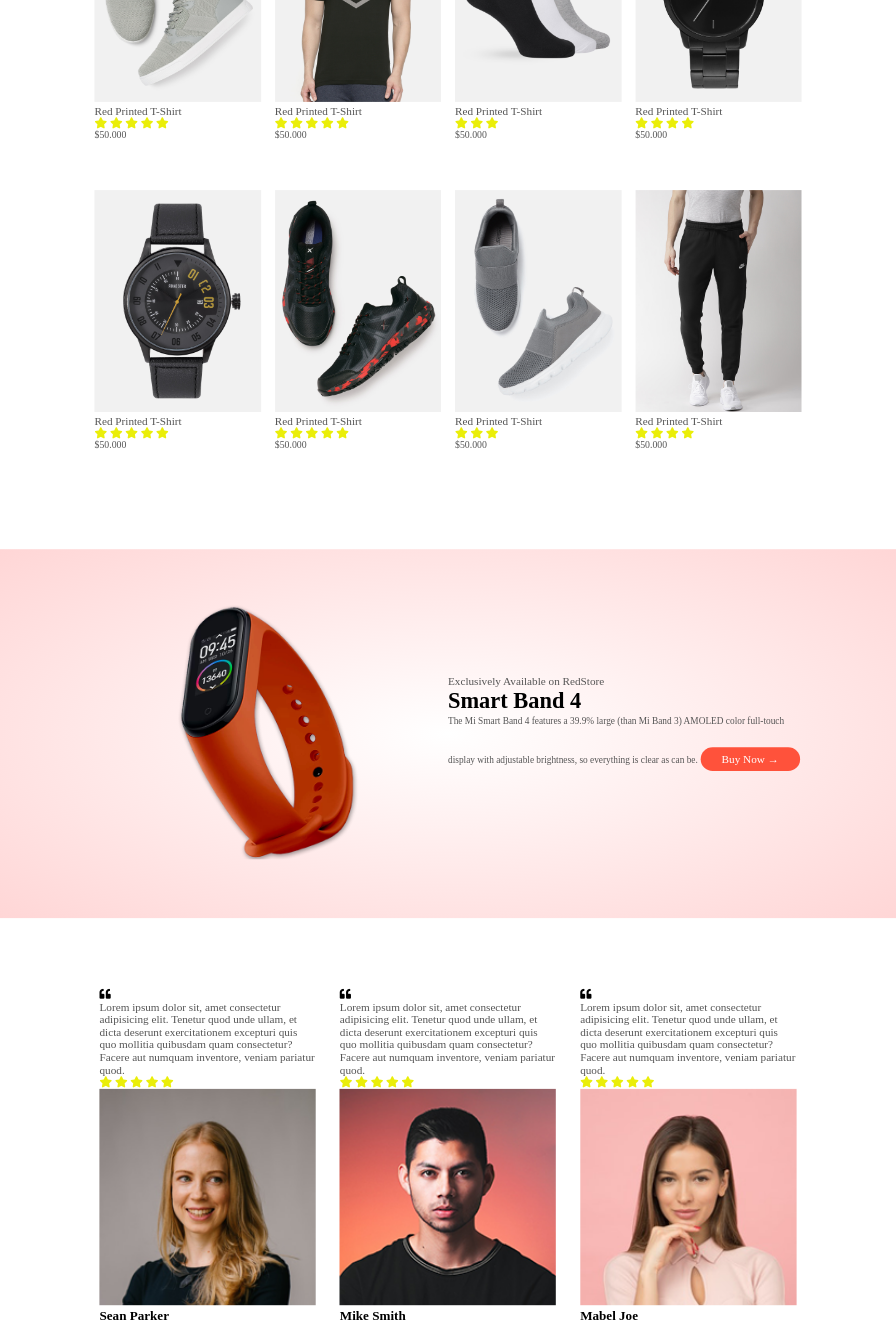
Repository: tuan21052000/Frontend
Page: index.html
The author's editor kept a copy of each file at every save. The page is drawn from the files as they stood at one save, then again after the next save.
The browser window is 1280 px wide. The pictures show the part of the page from y = 2202 to 4122 px (the page is 4122 px tall), at 70% of full size.
The pointer rests on the first visible `.testimonial .col-3`.

Above is the page before, as saved 2022-05-08 20:51:43.

### index.html
<!DOCTYPE html>
<html lang="en">
<head>
    <meta charset="UTF-8">
    <meta http-equiv="X-UA-Compatible" content="IE=edge">
    <meta name="viewport" content="width=device-width, initial-scale=1.0">
    <title>RedStore | Ecommerce Website Design</title>
    <link rel="stylesheet" href="style.css">
    <link href="https://fonts.googleapis.com/css2?family=Poppins:wght@300;400;500;600;700&display=swap" rel="stylesheet">
    <link rel="stylesheet" href="https://use.fontawesome.com/releases/v5.15.4/css/all.css" />
</head>
<body>
    <div class="header">


    <div class="container">
        <div class="navbar">
            <div class="logo">
                <img src="images/logo.png" width="125px">
            </div>
            <nav>
                <ul>
                    <li><a href="">Home</a></li>
                    <li><a href="">Products</a></li>
                    <li><a href="">About</a></li>
                    <li><a href="">Contact</a></li>
                    <li><a href="">Account</a></li>
                </ul>
            </nav>
            <img src="images/cart.png" width="30px" height="30px">
        </div>
        <div class="row">
            <div class="col-2">
                <h1>Give Your Workout <br>A New Style!</h1>
                <p>Success isn't always about greatness.It's about
                consistency. Consistent<br> hard work gains success. Greatness
                will come.
                </p>
                <a href="" class="btn">Explore Now &#8594;</a>
            </div>
            <div class="col-2">
              <img src="images/image1.png">
            </div>
        </div>
    </div>
</div>
<!-- -----Loại sản phẩm------- -->
   <div class="categories">
       <div class="small-container">
        <div class="row">
            <div class="col-3">
                <img src="images/category-1.jpg">
            </div>
            <div class="col-3">
             <img src="images/category-2.jpg">
         </div>
         <div class="col-3">
             <img src="images/category-3.jpg">
         </div>
        </div>
       </div>
   </div>
<!--    -------aaaa------------ -->
<div class="small-container">
    <h2 class="title">Featured Products</h2>
    <div class="row">
    <div class="col-4">
        <img src="images/product-1.jpg">
        <h4>Red Printed T-Shirt</h4>
        <div class="rating">
            <i class="fa fa-star"></i>
            <i class="fa fa-star"></i>
            <i class="fa fa-star"></i>
            <i class="fa fa-star"></i>
            <i class="fa fa-star"></i>
        </div>
        <p>$50.000</p>
    </div>
    <div class="col-4">
        <img src="images/product-2.jpg">
        <h4>Red Printed T-Shirt</h4>
        <div class="rating">
            <i class="fa fa-star"></i>
            <i class="fa fa-star"></i>
            <i class="fa fa-star"></i>
            <i class="fa fa-star"></i>
            <i class="fa fa-star"></i>
        </div>
        <p>$50.000</p>
    </div>
    <div class="col-4">
        <img src="images/product-3.jpg">
        <h4>Red Printed T-Shirt</h4>
        <div class="rating">
            <i class="fa fa-star"></i>
            <i class="fa fa-star"></i>
            <i class="fa fa-star"></i>
            <i class="fa fa-star-half-o"></i>
            <i class="fa fa-star-o"></i>
        </div>
        <p>$50.000</p>
    </div>
    <div class="col-4">
        <img src="images/product-4.jpg">
        <h4>Red Printed T-Shirt</h4>
        <div class="rating">
            <i class="fa fa-star"></i>
            <i class="fa fa-star"></i>
            <i class="fa fa-star"></i>
            <i class="fa fa-star"></i>
            <i class="fa fa-star-o"></i>
        </div>
        <p>$50.000</p>
    </div>
    </div>
    <h2 class="title">Latest Products</h2>
    <div class="row">
        <div class="col-4">
            <img src="images/product-5.jpg">
            <h4>Red Printed T-Shirt</h4>
            <div class="rating">
                <i class="fa fa-star"></i>
                <i class="fa fa-star"></i>
                <i class="fa fa-star"></i>
                <i class="fa fa-star"></i>
                <i class="fa fa-star"></i>
            </div>
            <p>$50.000</p>
        </div>
        <div class="col-4">
            <img src="images/product-6.jpg">
            <h4>Red Printed T-Shirt</h4>
            <div class="rating">
                <i class="fa fa-star"></i>
                <i class="fa fa-star"></i>
                <i class="fa fa-star"></i>
                <i class="fa fa-star"></i>
                <i class="fa fa-star"></i>
            </div>
            <p>$50.000</p>
        </div>
        <div class="col-4">
            <img src="images/product-7.jpg">
            <h4>Red Printed T-Shirt</h4>
            <div class="rating">
                <i class="fa fa-star"></i>
                <i class="fa fa-star"></i>
                <i class="fa fa-star"></i>
                <i class="fa fa-star-half-o"></i>
                <i class="fa fa-star-o"></i>
            </div>
            <p>$50.000</p>
        </div>
        <div class="col-4">
            <img src="images/product-8.jpg">
            <h4>Red Printed T-Shirt</h4>
            <div class="rating">
                <i class="fa fa-star"></i>
                <i class="fa fa-star"></i>
                <i class="fa fa-star"></i>
                <i class="fa fa-star"></i>
                <i class="fa fa-star-o"></i>
            </div>
            <p>$50.000</p>
        </div>
        </div>
        <div class="row">
            <div class="col-4">
                <img src="images/product-9.jpg">
                <h4>Red Printed T-Shirt</h4>
                <div class="rating">
                    <i class="fa fa-star"></i>
                    <i class="fa fa-star"></i>
                    <i class="fa fa-star"></i>
                    <i class="fa fa-star"></i>
                    <i class="fa fa-star"></i>
                </div>
                <p>$50.000</p>
            </div>
            <div class="col-4">
                <img src="images/product-10.jpg">
                <h4>Red Printed T-Shirt</h4>
                <div class="rating">
                    <i class="fa fa-star"></i>
                    <i class="fa fa-star"></i>
                    <i class="fa fa-star"></i>
                    <i class="fa fa-star"></i>
                    <i class="fa fa-star"></i>
                </div>
                <p>$50.000</p>
            </div>
            <div class="col-4">
                <img src="images/product-11.jpg">
                <h4>Red Printed T-Shirt</h4>
                <div class="rating">
                    <i class="fa fa-star"></i>
                    <i class="fa fa-star"></i>
                    <i class="fa fa-star"></i>
                    <i class="fa fa-star-half-o"></i>
                    <i class="fa fa-star-o"></i>
                </div>
                <p>$50.000</p>
            </div>
            <div class="col-4">
                <img src="images/product-12.jpg">
                <h4>Red Printed T-Shirt</h4>
                <div class="rating">
                    <i class="fa fa-star"></i>
                    <i class="fa fa-star"></i>
                    <i class="fa fa-star"></i>
                    <i class="fa fa-star"></i>
                    <i class="fa fa-star-o"></i>
                </div>
                <p>$50.000</p>
            </div>
        </div>
</div>
<!-- ----------offer------------- -->
<div class="offer">
    <div class="small-container">
        <div class="row">
            <div class="col-2">
                <img src="images/exclusive.png" class="offer-img">
            </div>
            <div class="col-2">
               <p>Exclusively Available on RedStore</p>
               <h1>Smart Band 4</h1>
               <small>The Mi Smart Band 4 features a 39.9% large
                   (than Mi Band 3) AMOLED color full-touch display with
                   adjustable brightness, so everything is clear as can
                   be.</small>
               <a href="" class="btn">Buy Now &#8594;</a>
            </div>
        </div>
    </div>
</div>
<!-- -----testi---- -->
       <div class="testimonial">
           <div class="small-container">
               <div class="row">
                   <div class="col-3">
                       <i class="fa fa-quote-left"></i>
                       <p>Lorem ipsum dolor sit, amet consectetur adipisicing elit.
                            Tenetur quod unde ullam, et dicta deserunt exercitationem
                            excepturi quis quo mollitia quibusdam quam consectetur? Facere aut numquam inventore, veniam pariatur quod.</p>
                            <div class="rating">
                                <i class="fa fa-star"></i>
                                <i class="fa fa-star"></i>
                                <i class="fa fa-star"></i>
                                <i class="fa fa-star"></i>
                                <i class="fa fa-star"></i>
                            </div>
                            <img src="images/user-1.png">
                            <h3>Sean Parker</h3>
                   </div>
                   <div class="col-3">
                    <i class="fa fa-quote-left"></i>
                    <p>Lorem ipsum dolor sit, amet consectetur adipisicing elit.
                         Tenetur quod unde ullam, et dicta deserunt exercitationem
                         excepturi quis quo mollitia quibusdam quam consectetur? Facere aut numquam inventore, veniam pariatur quod.</p>
                         <div class="rating">
                             <i class="fa fa-star"></i>
                             <i class="fa fa-star"></i>
                             <i class="fa fa-star"></i>
                             <i class="fa fa-star"></i>
                             <i class="fa fa-star"></i>
                         </div>
                         <img src="images/user-2.png">
                         <h3>Mike Smith</h3>
                </div>
                <div class="col-3">
                    <i class="fa fa-quote-left"></i>
                    <p>Lorem ipsum dolor sit, amet consectetur adipisicing elit.
                         Tenetur quod unde ullam, et dicta deserunt exercitationem
                         excepturi quis quo mollitia quibusdam quam consectetur? Facere aut numquam inventore, veniam pariatur quod.</p>
                         <div class="rating">
                             <i class="fa fa-star"></i>
                             <i class="fa fa-star"></i>
                             <i class="fa fa-star"></i>
                             <i class="fa fa-star"></i>
                             <i class="fa fa-star"></i>
                         </div>
                         <img src="images/user-3.png">
                         <h3>Mabel Joe</h3>
                </div>
               </div>
           </div>
       </div>
</body>
</html>

### style.css
* {
    margin: 0;
    padding: 0;
    box-sizing: border-box;
}
.navbar{
   display: flex;
   align-items: center;
   padding: 20px;
}
nav {
    flex: 1;
    text-align: right;
}
nav ul {
    display: inline-block;
    list-style-type: none;
}
nav ul li{
    display: inline-block;
    margin-right: 20px;
}
a {
    text-decoration: none;
    color: #555;
}
p {
    color:#555;
}
.container {
    max-width: 1300px;
    margin: auto;
    padding-left: 25px;
    padding-right:25px;
}
.row {
    display: flex;
    align-items: center;
    flex-wrap: wrap;
    justify-content: space-around;
}
.col-2 {
    flex-basis: 50%;
    min-width: 300px;
}
.col-2 img {
    max-width: 100%;
    padding: 50px 0;
}
.btn {
    display: inline-block;
    background: #ff523b;
    color: #fff;
    padding: 8px 30px;
    margin: 30px 0;
    border-radius: 30px;
    transition: background 0.5s;
}
.btn:hover {
    background: #563434;
}
.header {
    background: radial-gradient(#fff,#ffd6ff);
}
.header .row{
   margin-top: 70px;
}
.categories {
    margin: 70px 0;
}
.col-3{
    flex-basis: 30%;
    min-width: 250px;
    margin-bottom: 30px;
}
.col-3 img{
    width: 100%;
}
.small-container{
    max-width: 1080px;
    margin: auto;
    padding-left: 25px;
    padding-right: 25px;

}
.col-4{
    flex-basis: 25%;
    padding: 10px;
    min-width: 200px;
    margin-bottom: 50px;
    transform: transforn 0.5s;
}
.col-4 img{
    width: 100%;
}
.title{
    text-align: center;
    margin: 0 auto 80px;
    position: relative;
    line-height: 60px;
    color:#555;
}
.title::after{
    content: '';
    background: #ff523b;
    width: 80px;
    height: 5px;
    border-radius: 5px;
    position: absolute;
    bottom: 0;
    left: 50%;
    transform: translateX(-50%);
}
h4{
    color:#555;
    font-weight: normal;
}
.col-4 p{
    font-size: 14px;
}
.rating .fa{
    color: #eaee09;
}
.col-4:hover{
    transform: translateY(-5px); /* tạo hiệu ứng */
}
.offer {
    background: radial-gradient(#fff,#ffd6d6);
    margin-top: 80px;
    padding: 30px 0;
}
.col-2 .offer-img{
    padding: 50px;
}
small{
    color:#555;
}
/* -------------testimonial----------- */
.testimonial{
    padding-top: 100px;
}
.testimonial col-3 {
    text-align: center;
    padding: 40px 20px;
    box-shadow: 0 0 20px 0px rgba(0, 0, 0, 0.1);
    cursor: pointer;
}
.testimonial col-3 img{
    width: 50px;
    margin-top: 20px;
    border-radius: 50%;
}
.testimonial .col-3:hover {
    transform: translateY(-10);
}

After the next save:
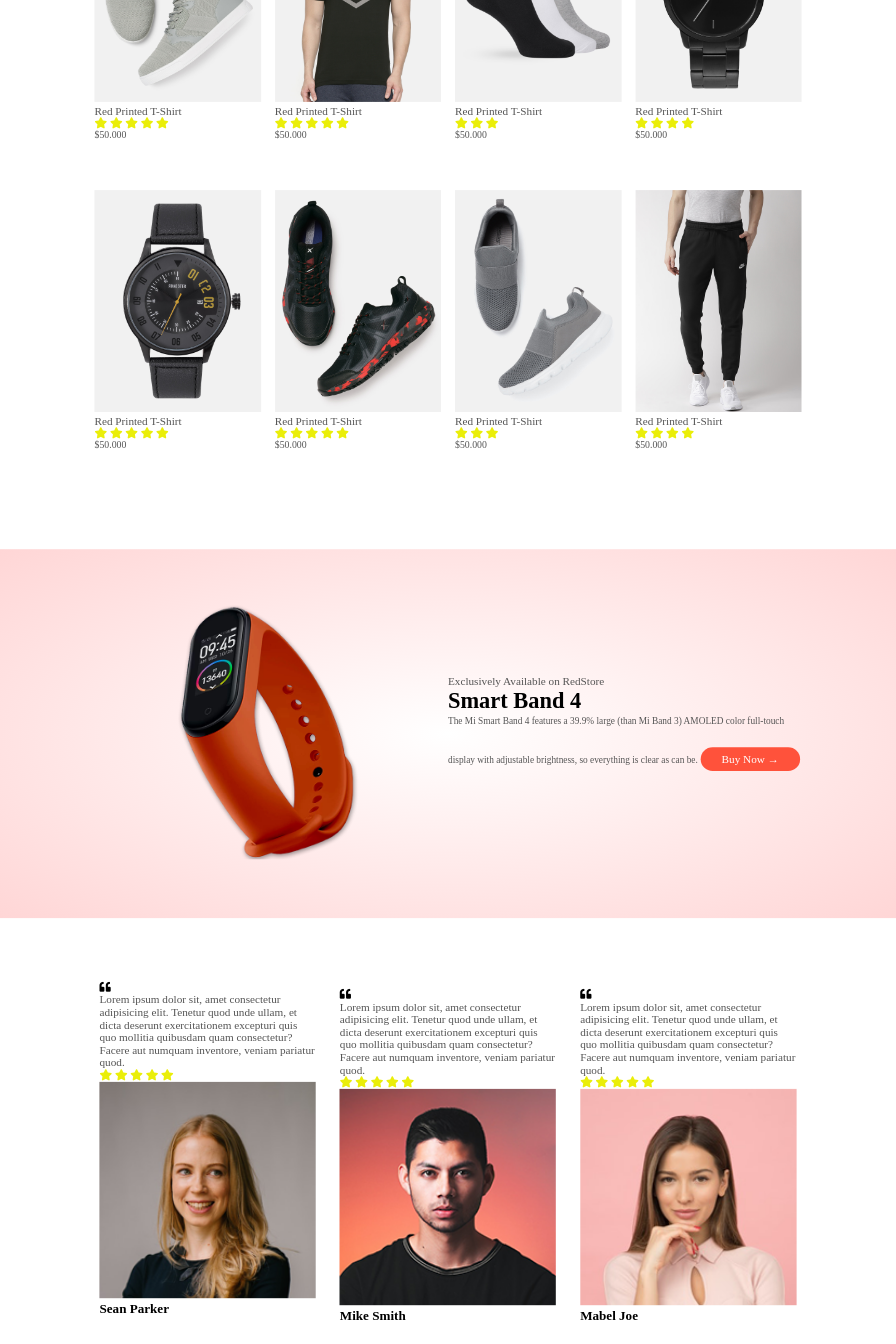
Saved 9 min 3 s later.
--- a/style.css
+++ b/style.css
@@ -151,5 +151,5 @@
     border-radius: 50%;
 }
 .testimonial .col-3:hover {
-    transform: translateY(-10);
+    transform: translateY(-10px);
 }
